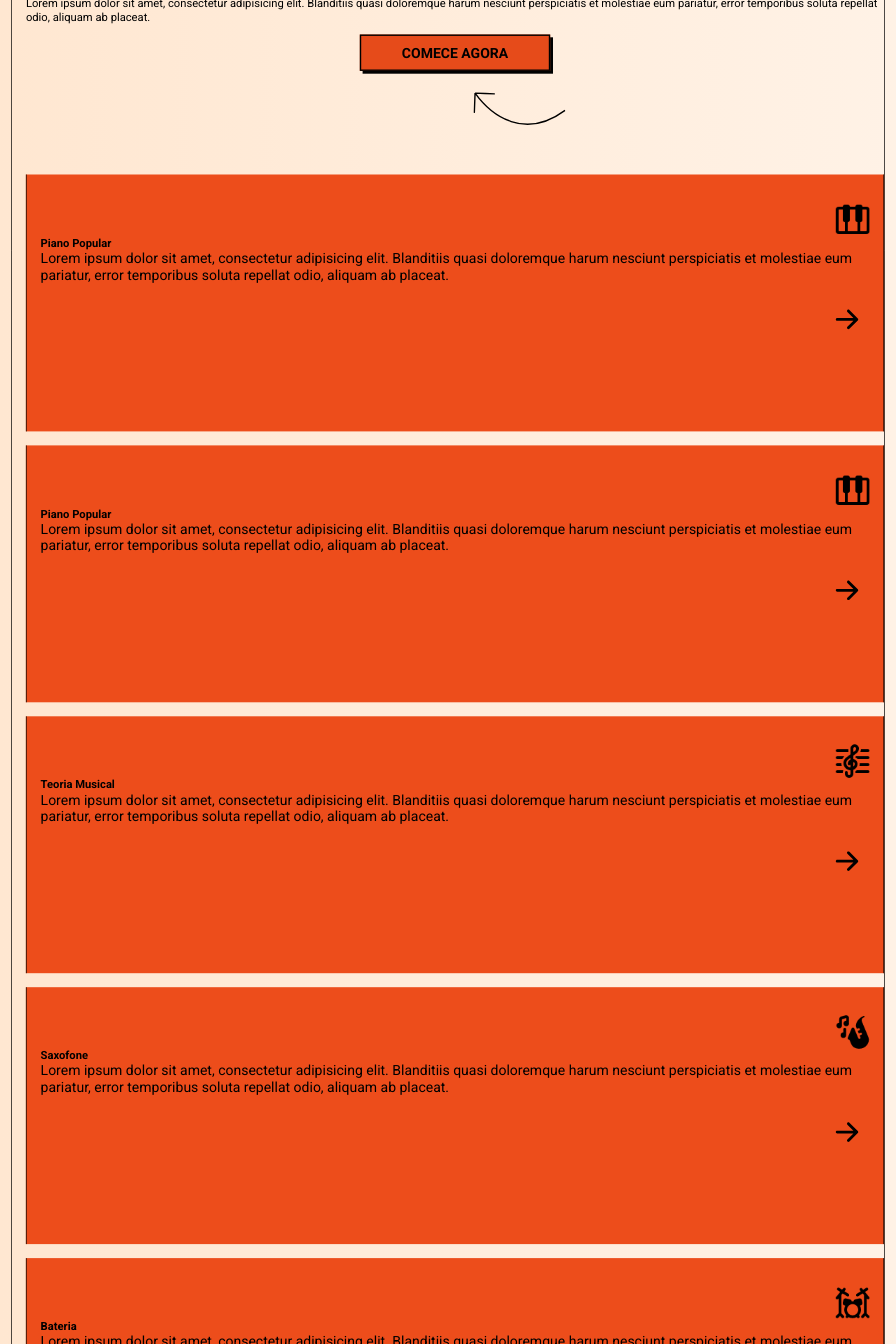
Repository: guilhermecardoso93/obebitecode
Page: index.html
An editor plug-in stored every save of this project. The page is shown before and after the next save, followed by the edit.
The browser window is 1280 px wide. The pictures show the part of the page from y = 1115 to 3035 px (the page is 3831 px tall before and 3091 px after), at 70% of full size.

Above is the page before, as saved 2023-08-16 20:29:58.

After the next save:
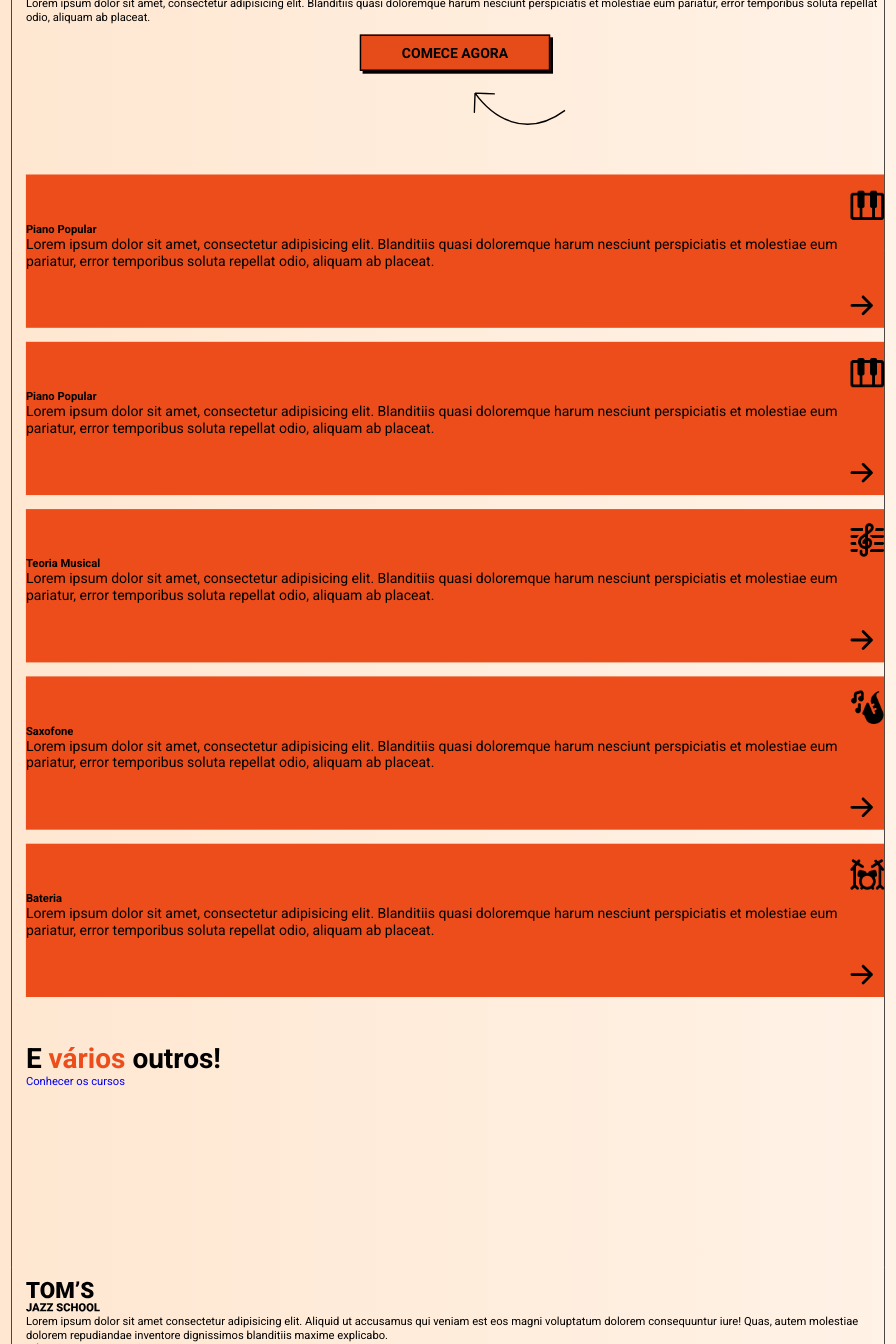
Saved 54 s later.
--- a/index.html
+++ b/index.html
@@ -40,7 +40,7 @@
       </section>
       <section class="hero-section">
         <div class="cards">
-          <article class="courses-section card">
+          <article class="card">
             <img src="./assets/piano.png" alt="ícone de tecla de piano" />
             <strong>Piano Popular</strong>
             <p>
@@ -55,7 +55,7 @@
                 alt="svg de seta para direita" />
             </a>
           </article>
-          <article class="courses-section card">
+          <article class="card">
             <img src="./assets/piano.png" alt="ícone de tecla de piano" />
             <strong>Piano Popular</strong>
             <p>
@@ -70,7 +70,7 @@
                 alt="svg de seta para direita" />
             </a>
           </article>
-          <article class="courses-section card">
+          <article class="card">
             <img src="./assets/clef.png" alt="Icone de clave de sol" />
             <strong>Teoria Musical</strong>
             <p>
@@ -85,7 +85,7 @@
                 alt="svg de seta para direita" />
             </a>
           </article>
-          <article class="courses-section card">
+          <article class="card">
             <img src="./assets/sax.png" alt="Icone de saxofone" />
             <strong>Saxofone</strong>
             <p>
@@ -100,7 +100,7 @@
                 alt="svg de seta para direita" />
             </a>
           </article>
-          <article class="courses-section card">
+          <article class="card">
             <img src="./assets/drums.png" alt="Ícone de bateria" />
             <strong>Bateria</strong>
             <p>
